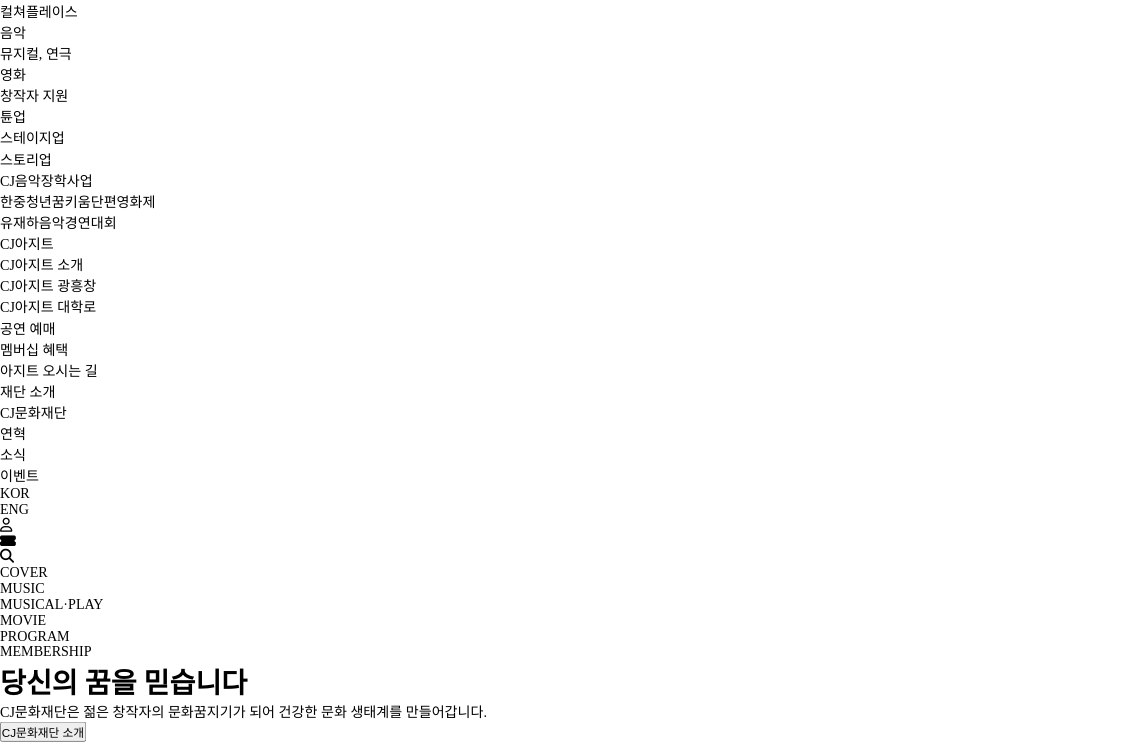
Repository: godcl1623/Tutorials
Page: 습작/CJazit/cjazit-index.html
The author's editor kept a copy of each file at every save. The page is drawn from the files as they stood at one save, then again after the next save.
The browser window is 1280 px wide. The pictures show the whole page, at 88% of full size.
Some web libraries are served in a nearby version.

Above is the page before, as saved 2021-01-12 21:03:19.

After the next save:
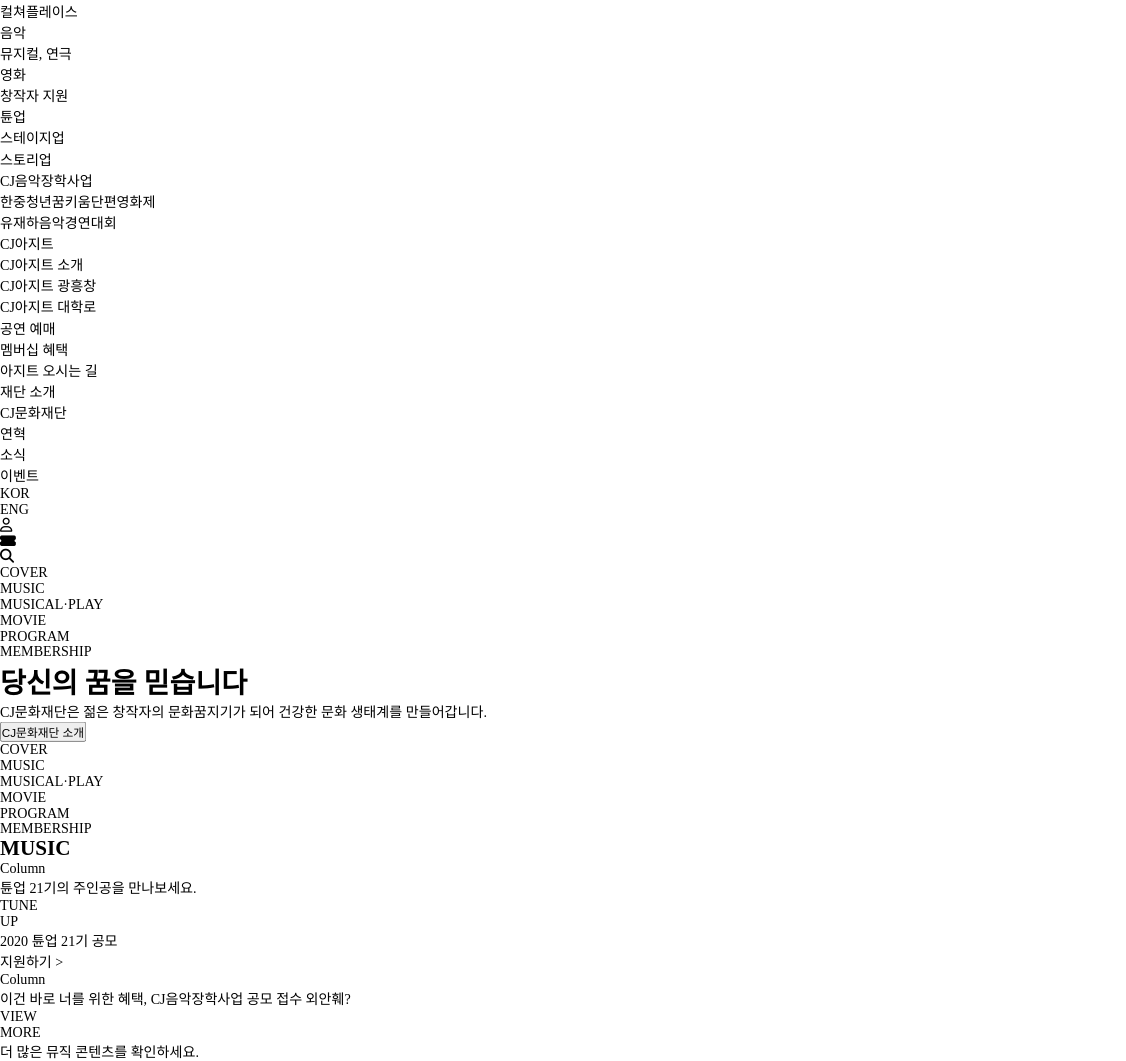
Saved 9 min 38 s later.
--- a/습작/CJazit/cjazit-index.html
+++ b/습작/CJazit/cjazit-index.html
@@ -75,8 +75,45 @@
       <button>CJ문화재단 소개</button>
     </div>
   </header>
-  <article class="">
-
+  <article class="article1-music">
+    <ul class="sidebar">
+      <li>COVER</li>
+      <li>MUSIC</li>
+      <li>MUSICAL·PLAY</li>
+      <li>MOVIE</li>
+      <li>PROGRAM</li>
+      <li>MEMBERSHIP</li>
+    </ul>
+    <div class="article-1-contents-wrapper">
+      <h1>MUSIC</h1>
+      <div class="article-1-images-wrapper">
+        <div class="article-1-image-contents">
+          <div class="article-1-image-commentary">
+            <p>Column</p>
+            <p>튠업 21기의 주인공을 만나보세요.</p>
+          </div>
+        </div>
+        <div class="article-1-image-contents">
+          <div class="article-1-image-commentary">
+            <p>TUNE<br>UP</p>
+            <p>2020 튠업 21기 공모</p>
+            <p>지원하기 ></p>
+          </div>
+        </div>
+        <div class="article-1-image-contents">
+          <div class="article-1-image-commentary">
+            <p>Column</p>
+            <p>이건 바로 너를 위한 혜택, CJ음악장학사업 공모 접수 외안훼?</p>
+          </div>
+        </div>
+        <div class="article-1-image-contents">
+          <div class="article-1-image-commentary">
+            <p>VIEW<br>MORE</p>
+            <p>더 많은 뮤직 콘텐츠를 확인하세요.</p>
+          </div>
+        </div>
+      </div>
+    </div>
   </article>
   <article class="">
 
